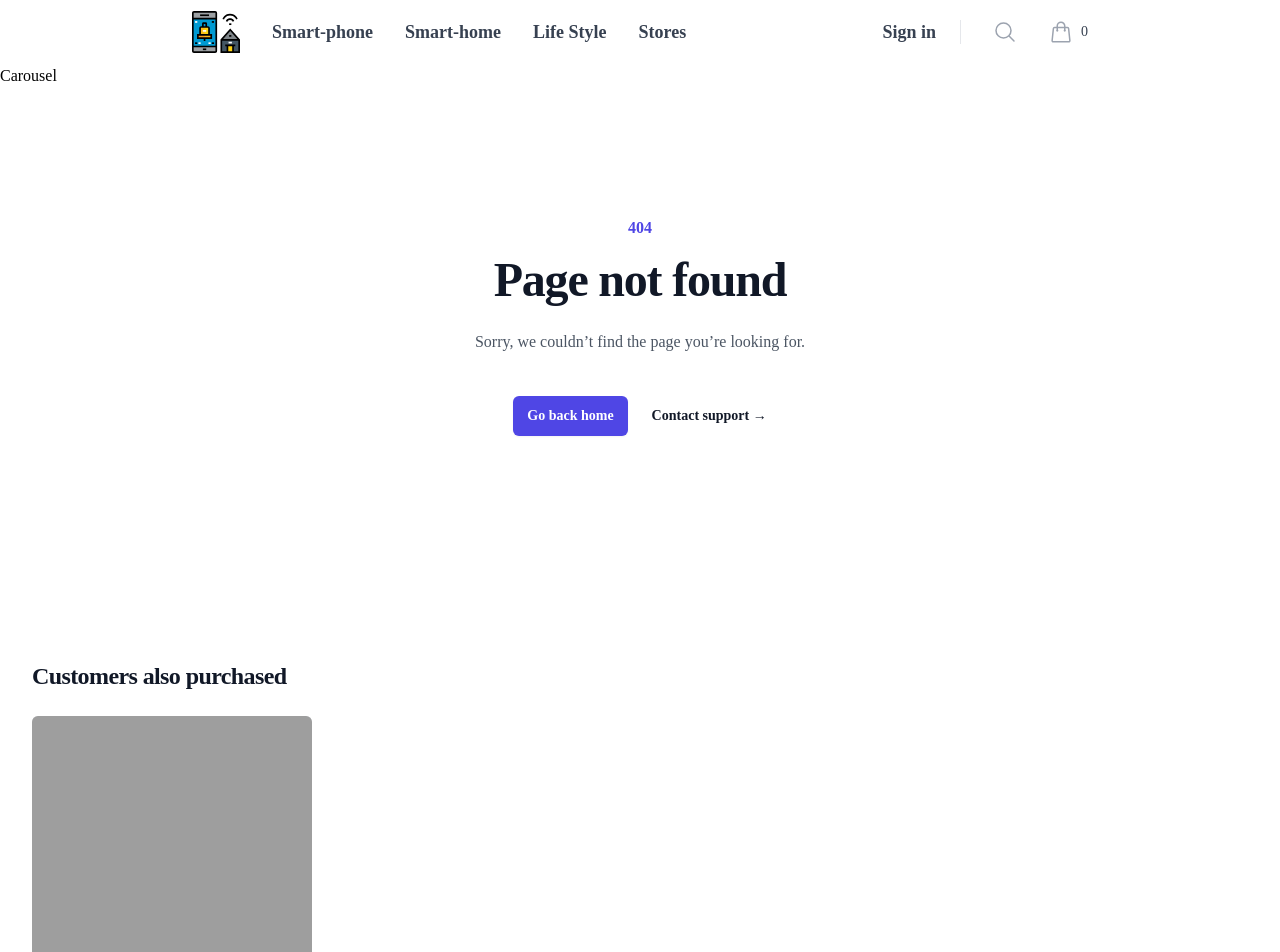
Repository: Gunplay/Smart-Home
Page: /
The author's editor kept a copy of each file at every save. The page is drawn from the files as they stood at one save, then again after the next save.
The browser window is 1280 px wide. The pictures show the part of the page from y = 0 to 952 px (the page is 1808 px tall before and 1912 px after).
Pictures or frames that could not be fetched are drawn as grey boxes. The project was rebuilt for these pictures with package versions that can differ from the ones it lists, and the page was loaded fresh each time. Also part of the build but not shown: vite.config.js, vite.config.ts.

Above is the page before, as saved 2024-06-18 13:22:34.

### index.html
<!doctype html>
<html lang="en">

<head>
  <meta charset="UTF-8" />
  <link rel="icon" type="image/svg+xml" href="./src/assets/smart-home-svgrepo-com.svg" />
  <meta name="viewport" content="width=device-width, initial-scale=1.0" />
  <title>Smart-Home</title>
  <link real='stylesheet' href='src/style.css'>
</head>

<body>
  <div id="root"></div>

  <script type="module" src="/src/main.tsx"></script>
</body>

</html>

### src/main.tsx
import React from 'react';
import ReactDOM from 'react-dom/client';
import { BrowserRouter as Router } from 'react-router-dom';
import App from './App.tsx';
import './css/style.css';

ReactDOM.createRoot(document.getElementById('root')!).render(
	<React.StrictMode>
		<Router>
			<App />
		</Router>
	</React.StrictMode>
);

### src/App.tsx
// import { useState } from 'react';

// import reactLogo from './assets/react.svg';
// import viteLogo from '/vite.svg';
import AboutUs from './components/AboutUs';
import Carousel from './components/Carousel';
import Header from './components/Header';
import PageNotFound from './components/Page404';
import ProductsList from './components/ProductsList';

function App() {
	return (
		<>
			<div className='mr-[3.75rem] pt-[4.75rem] lg:pt-[5.25rem] overflow-hidden'>
				<Header />
				<Carousel />
			</div>
			<PageNotFound />

			<ProductsList />
			<AboutUs />
		</>
	);
}

export default App;

### src/components/AboutUs/index.tsx
const links = [
	{ name: 'Open roles', href: '#' },
	{ name: 'Internship program', href: '#' },
	{ name: 'Our values', href: '#' },
	{ name: 'Meet our leadership', href: '#' },
];
const stats = [
	{ name: 'Offices worldwide', value: '12' },
	{ name: 'Full-time colleagues', value: '300+' },
	{ name: 'Hours per week', value: '40' },
	{ name: 'Paid time off', value: 'Unlimited' },
];

export default function AboutUs() {
	return (
		<div className='relative isolate overflow-hidden bg-gray-900 py-24 sm:py-32'>
			<img
				src='https://images.unsplash.com/photo-1521737604893-d14cc237f11d?ixlib=rb-4.0.3&ixid=MnwxMjA3fDB8MHxwaG90by1wYWdlfHx8fGVufDB8fHx8&auto=format&fit=crop&crop=focalpoint&fp-y=.8&w=2830&h=1500&q=80&blend=111827&sat=-100&exp=15&blend-mode=multiply'
				alt=''
				className='absolute inset-0 -z-10 h-full w-full object-cover object-right md:object-center'
			/>
			<div
				className='hidden sm:absolute sm:-top-10 sm:right-1/2 sm:-z-10 sm:mr-10 sm:block sm:transform-gpu sm:blur-3xl'
				aria-hidden='true'
			>
				<div
					className='aspect-[1097/845] w-[68.5625rem] bg-gradient-to-tr from-[#ff4694] to-[#776fff] opacity-20'
					style={{
						clipPath:
							'polygon(74.1% 44.1%, 100% 61.6%, 97.5% 26.9%, 85.5% 0.1%, 80.7% 2%, 72.5% 32.5%, 60.2% 62.4%, 52.4% 68.1%, 47.5% 58.3%, 45.2% 34.5%, 27.5% 76.7%, 0.1% 64.9%, 17.9% 100%, 27.6% 76.8%, 76.1% 97.7%, 74.1% 44.1%)',
					}}
				/>
			</div>
			<div
				className='absolute -top-52 left-1/2 -z-10 -translate-x-1/2 transform-gpu blur-3xl sm:top-[-28rem] sm:ml-16 sm:translate-x-0 sm:transform-gpu'
				aria-hidden='true'
			>
				<div
					className='aspect-[1097/845] w-[68.5625rem] bg-gradient-to-tr from-[#ff4694] to-[#776fff] opacity-20'
					style={{
						clipPath:
							'polygon(74.1% 44.1%, 100% 61.6%, 97.5% 26.9%, 85.5% 0.1%, 80.7% 2%, 72.5% 32.5%, 60.2% 62.4%, 52.4% 68.1%, 47.5% 58.3%, 45.2% 34.5%, 27.5% 76.7%, 0.1% 64.9%, 17.9% 100%, 27.6% 76.8%, 76.1% 97.7%, 74.1% 44.1%)',
					}}
				/>
			</div>
			<div className='mx-auto max-w-7xl px-6 lg:px-8'>
				<div className='mx-auto max-w-2xl lg:mx-0'>
					<h2 className='text-4xl font-bold tracking-tight text-white sm:text-6xl'>
						Work with us
					</h2>
					<p className='mt-6 text-lg leading-8 text-gray-300'>
						Anim aute id magna aliqua ad ad non deserunt sunt. Qui irure qui
						lorem cupidatat commodo. Elit sunt amet fugiat veniam occaecat
						fugiat aliqua.
					</p>
				</div>
				<div className='mx-auto mt-10 max-w-2xl lg:mx-0 lg:max-w-none'>
					<div className='grid grid-cols-1 gap-x-8 gap-y-6 text-base font-semibold leading-7 text-white sm:grid-cols-2 md:flex lg:gap-x-10'>
						{links.map(link => (
							<a key={link.name} href={link.href}>
								{link.name} <span aria-hidden='true'>&rarr;</span>
							</a>
						))}
					</div>
					<dl className='mt-16 grid grid-cols-1 gap-8 sm:mt-20 sm:grid-cols-2 lg:grid-cols-4'>
						{stats.map(stat => (
							<div key={stat.name} className='flex flex-col-reverse'>
								<dt className='text-base leading-7 text-gray-300'>
									{stat.name}
								</dt>
								<dd className='text-2xl font-bold leading-9 tracking-tight text-white'>
									{stat.value}
								</dd>
							</div>
						))}
					</dl>
				</div>
			</div>
		</div>
	);
}

### src/components/Carousel/index.tsx
import slideOne from '/src/assets/slider-1.jpg';
import slideTwo from '/src/assets/slider-2.jpg';
import slideThree from '/src/assets/slider-3.jpg';

const slides = [
	{
		url: slideOne,
	},
	{
		url: slideTwo,
	},
	{
		url: slideThree,
	},
];
const Carousel = () => {
	return <div>Carousel</div>;
};

export default Carousel;

### src/components/Page404/index.tsx
export default function PageNotFound() {
	return (
		<>
			{/*
        This example requires updating your template:

        ```
        <html class="h-full">
        <body class="h-full">
        ```
      */}
			<main className='grid min-h-full place-items-center bg-white px-6 py-24 sm:py-32 lg:px-8'>
				<div className='text-center'>
					<p className='text-base font-semibold text-indigo-600'>404</p>
					<h1 className='mt-4 text-3xl font-bold tracking-tight text-gray-900 sm:text-5xl'>
						Page not found
					</h1>
					<p className='mt-6 text-base leading-7 text-gray-600'>
						Sorry, we couldn’t find the page you’re looking for.
					</p>
					<div className='mt-10 flex items-center justify-center gap-x-6'>
						<a
							href='#'
							className='rounded-md bg-indigo-600 px-3.5 py-2.5 text-sm font-semibold text-white shadow-sm hover:bg-indigo-500 focus-visible:outline focus-visible:outline-2 focus-visible:outline-offset-2 focus-visible:outline-indigo-600'
						>
							Go back home
						</a>
						<a href='#' className='text-sm font-semibold text-gray-900'>
							Contact support <span aria-hidden='true'>&rarr;</span>
						</a>
					</div>
				</div>
			</main>
		</>
	);
}

### src/components/ProductsList/index.tsx
/*
  This example requires some changes to your config:

  ```
  // tailwind.config.js
  module.exports = {
    // ...
    plugins: [
      // ...
      require('@tailwindcss/aspect-ratio'),
    ],
  }
  ```
*/
const products = [
	{
		id: 1,
		name: 'Basic Tee',
		href: '#',
		imageSrc:
			'https://tailwindui.com/img/ecommerce-images/product-page-01-related-product-01.jpg',
		imageAlt: "Front of men's Basic Tee in black.",
		price: '$35',
		color: 'Black',
	},
	// More products...
];

export default function ProductsList() {
	return (
		<div className='bg-white'>
			<div className='mx-auto max-w-2xl px-4 py-16 sm:px-6 sm:py-24 lg:max-w-7xl lg:px-8'>
				<h2 className='text-2xl font-bold tracking-tight text-gray-900'>
					Customers also purchased
				</h2>

				<div className='mt-6 grid grid-cols-1 gap-x-6 gap-y-10 sm:grid-cols-2 lg:grid-cols-4 xl:gap-x-8'>
					{products.map(product => (
						<div key={product.id} className='group relative'>
							<div className='aspect-h-1 aspect-w-1 w-full overflow-hidden rounded-md bg-gray-200 lg:aspect-none group-hover:opacity-75 lg:h-80'>
								<img
									src={product.imageSrc}
									alt={product.imageAlt}
									className='h-full w-full object-cover object-center lg:h-full lg:w-full'
								/>
							</div>
							<div className='mt-4 flex justify-between'>
								<div>
									<h3 className='text-sm text-gray-700'>
										<a href={product.href}>
											<span aria-hidden='true' className='absolute inset-0' />
											{product.name}
										</a>
									</h3>
									<p className='mt-1 text-sm text-gray-500'>{product.color}</p>
								</div>
								<p className='text-sm font-medium text-gray-900'>
									{product.price}
								</p>
							</div>
						</div>
					))}
				</div>
			</div>
		</div>
	);
}

Loaded but not shown: src/css/style.css (1876 lines, source omitted); src/components/Header/index.tsx (554 lines, source omitted)

After the next save:
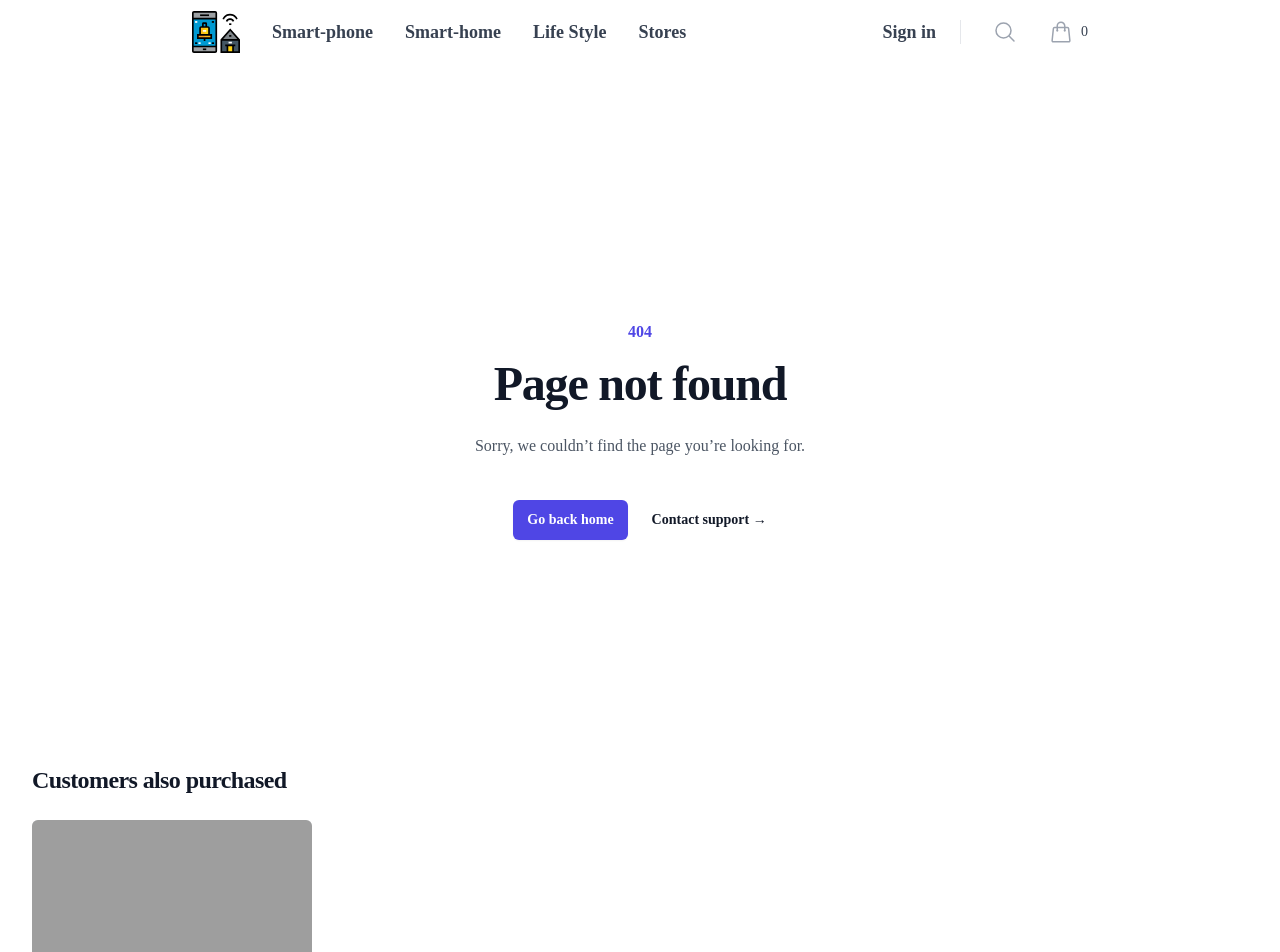
Saved 3 min 18 s later.
--- a/src/components/Carousel/index.tsx
+++ b/src/components/Carousel/index.tsx
@@ -14,7 +14,11 @@ const slides = [
 	},
 ];
 const Carousel = () => {
-	return <div>Carousel</div>;
+	return (
+		<div className='max-w-[1400px] h-[780px] w-full m-auto py-16 px-4 relative'>
+			<div style={{ background: slides[0].url }}></div>
+		</div>
+	);
 };
 
 export default Carousel;
